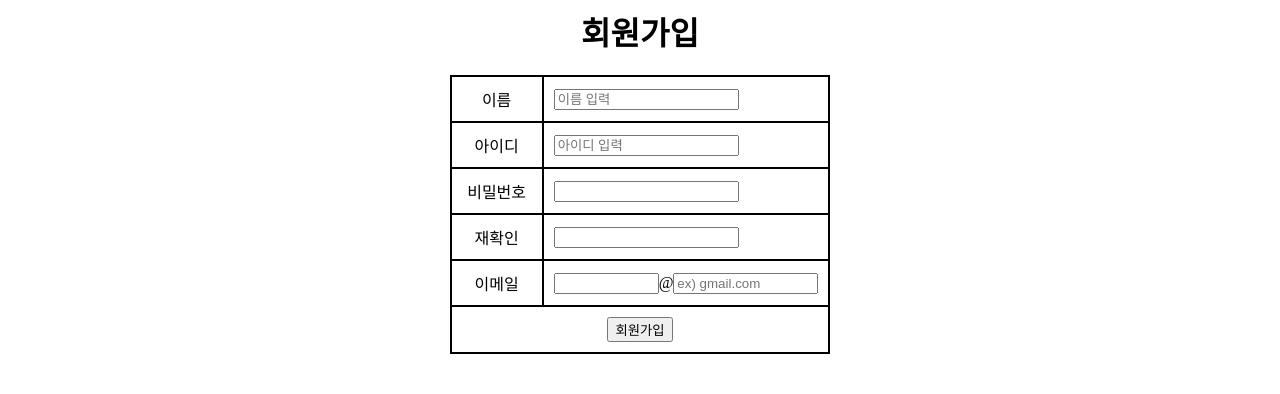
Repository: CHANGMAN-LEE/Java_ee
Page: http://localhost/test/template/write.jsp
An editor plug-in stored every save of this project. The page is shown before and after the next save, followed by the edit.
The browser window is 1280 px wide. The pictures show the whole page.
The page is served by Tomcat 9.

Above is the page before, as saved 2020-07-09 06:47:52.

### workspace/test/WebContent/template/write.jsp
<%@ page language="java" contentType="text/html; charset=UTF-8"
	pageEncoding="UTF-8"%>

<h1 align="center">회원가입</h1>
<form name="writeForm" method="post" action="/miniProject/member/write.do">
	<table align="center" border="1" cellspacing="0" cellpadding="10"
		bordercolor="black" bgcolor="">
		<tr>
			<td width="70" align="center">이름</td>
			<td>
				<input type="text" name="name" id="name" placeholder="이름 입력">
				<div id="nameDiv"></div>
			</td>
		</tr>

		<tr>
			<td align="center">아이디</td>
			<td>
				<input type="text" name="id" id="id" placeholder="아이디 입력">
				<!-- <input type="button" value="중복체크" onclick="checkId()"> -->
				<input type="hidden" name="check" value="" id="check">
				<div id="idDiv"></div>
			</td>
		</tr>

		<tr>
			<td align="center">비밀번호</td>
			<td>
				<input type="password" name="pwd" id="pwd">
				<div id="pwdDiv"></div>
			</td>
		</tr>

		<tr>
			<td align="center">재확인</td>
			<td>
				<input type="password" name="repwd" id="repwd">
				<div id="repwdDiv"></div>
			</td>
		</tr>

		<tr>
			<td align="center">이메일</td>
			<td><input type="text" size="10" name="email1">@<input
				size="15" name="email2" list="defaultEmails"
				placeholder="ex) gmail.com"> <datalist id="defaultEmails">
					<option value="naver.com">
					<option value="gmail.com">
					<option value="daum.net">
				</datalist></td>
		</tr>

		<tr>
			<td colspan="2" align="center">
				<input type="button"value="회원가입" id="checkWriteForm">
			</td>
		</tr>
	</table>
</form>

After the next save:
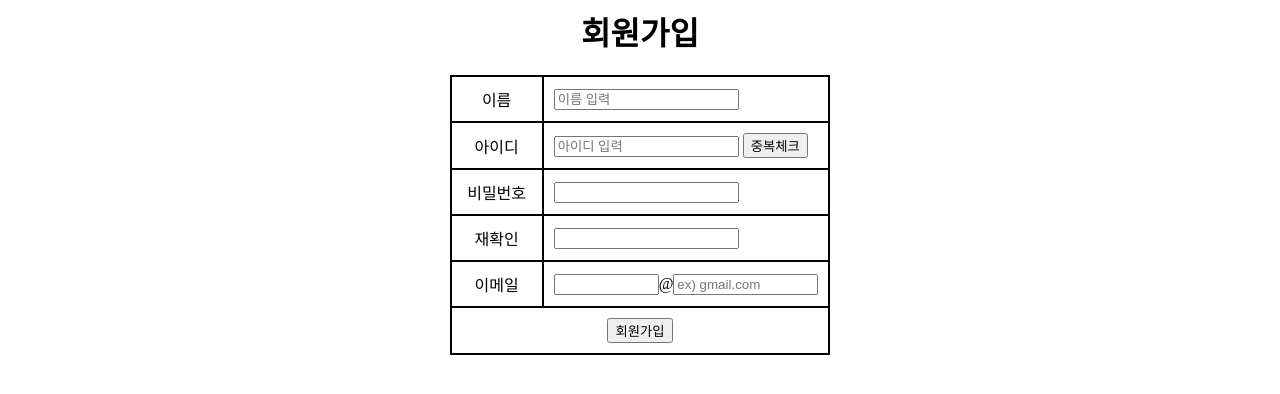
Saved 41 s later.
--- a/workspace/test/WebContent/template/write.jsp
+++ b/workspace/test/WebContent/template/write.jsp
@@ -17,7 +17,7 @@
 			<td align="center">아이디</td>
 			<td>
 				<input type="text" name="id" id="id" placeholder="아이디 입력">
-				<!-- <input type="button" value="중복체크" onclick="checkId()"> -->
+				<input type="button" value="중복체크" onclick="checkId()">
 				<input type="hidden" name="check" value="" id="check">
 				<div id="idDiv"></div>
 			</td>
